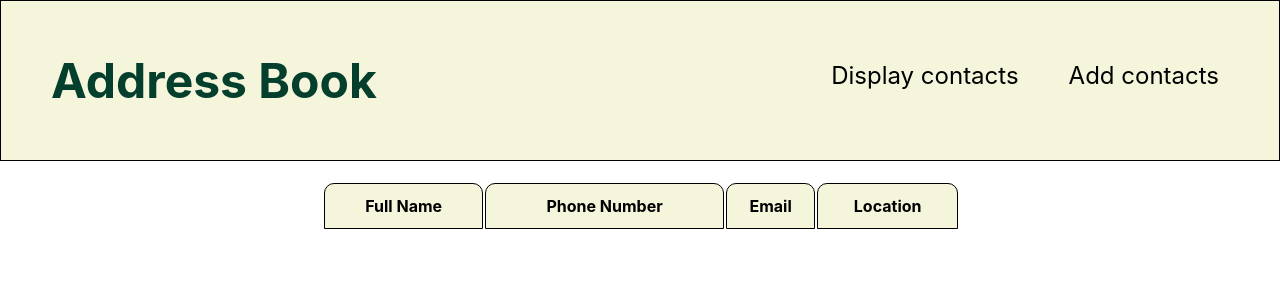
Repository: jatannoury/Address-Book
Page: /contact_page
The author's editor kept a copy of each file at every save. The page is drawn from the files as they stood at one save, then again after the next save.
The browser window is 1280 px wide. The pictures show the whole page.
The project was rebuilt for these pictures with package versions that can differ from the ones it lists, and the page was loaded fresh each time. Also part of the build but not shown: src/components/Email.js, src/components/Password.js, src/components/Login.js, src/components/Username.js, src/components/SignUp.js.

Above is the page before, as saved 2022-06-25 22:52:12.

### src/App.js
import "./App.css";
import { BrowserRouter, Routes, Route } from "react-router-dom";
import Login from "./components/Login";
import SignUp from "./components/SignUp";
import Contacts from "./components/Contacts";
import React, { Component } from "react";

function App() {
  return (
    <BrowserRouter>
      <Routes>
        <Route path="/" element={<Login />}></Route>
        <Route path="/register" element={<SignUp />}></Route>
        <Route path="/contact_page" element={<Contacts />}></Route>
      </Routes>
    </BrowserRouter>
  );
}

export default App;

### src/App.css
* {
  padding: 0;
  margin: 0;
  box-sizing: border-box;
}

.body_container {
  text-align: center;
}

.content_container {
  text-align: center;
  border: 2px solid white;
  width: 40%;
  color: white;
  margin-left: auto;
  margin-right: auto;
  margin-top: 5%;
  border-radius: 30px;
  background-color: #f5f5dc;
  box-shadow: 10px 10px #f1f1e1;
}
hr {
  width: 6%;
  margin-left: auto;
  margin-right: auto;
  margin-bottom: 6%;
}
.hr {
  width: 100%;
  margin-bottom: 50px;
}

.title {
  margin-top: 5%;
  margin-bottom: 1.5%;
  font-family: system-ui, -apple-system, BlinkMacSystemFont, "Segoe UI", Roboto,
    Oxygen, Ubuntu, Cantarell, "Open Sans", "Helvetica Neue", sans-serif;
  font-weight: 200;
  color: rgb(22, 118, 118);
  background-color: #f5f5dc;
}
form > div {
  margin-left: 30px;
  margin-bottom: 30px;
}
form > div > input {
  width: 70%;
}

form > input {
  background-color: #a8b59b;
  /* border-radius:10px; */
  padding-top: 2.5%;
  padding-bottom: 2.5%;
  width: 60%;
  padding-left: 2.5%;
  font-size: 100%;
  border: 1px solid #395174;
}

.submit {
  /* margin-bottom: 20%; */
  font-family: system-ui, -apple-system, BlinkMacSystemFont, "Segoe UI", Roboto,
    Oxygen, Ubuntu, Cantarell, "Open Sans", "Helvetica Neue", sans-serif;
  font-size: 150%;
  font-weight: 500;
  color: white;
}

.submit:hover {
  background-color: rgb(151, 171, 165);
  box-shadow: 5px px rgb(151, 171, 165);
}
form {
  background-color: #f5f5dc;
  border-radius: 10px;
}

.icon {
  border: 1px solid black;
  width: 10%;
  position: relative;
  left: 75px;
  color: grey;
}

.user,
.pass {
  display: flex;
  width: 100%;
}

input[type="text"],
[type="password"] {
  padding-left: 80px;
  font-size: 100%;
}
.signupLink {
  margin-bottom: 100px;
  margin-top: 10px;
}

.signupLink > a:hover {
  color: black;
}
.navbar {
  border: 1px solid black;
  display: flex;

  justify-content: space-between;
  padding: 50px 50px 50px 50px;
  background-color: #f5f5dc;
}
.sub_nav > a {
  text-decoration: none;
  color: black;
  /* border: 1px solid black; */
  font-size: 150%;
  padding-top: 50px;
  padding-bottom: 50px;
  padding-left: 10px;
  padding-right: 10px;
}
.sub_nav > a:hover {
  color: #043f2d;
  font-weight: 800;
}
.nav1 {
  display: flex;
  margin-top: 10px;
  gap: 30px;
}
.addressBook {
  font-size: 300%;
  color: #043f2d;
  font-weight: 700;
}
.header {
  display: flex;
}

.sub_header {
  font-size: 150%;
  margin-top: 20px;
  border: 1px solid #f5f5dc;
  background-color: #f5f5dc;
  border-radius: 10px 10px 0px 0px;
  padding: 10px 10px 10px 10px;
}
table {
  margin-top: 20px;
  text-align: center;
  margin-left: auto;
  margin-right: auto;
  width: 50%;
}
th {
  border: 1px solid black;
  border-radius: 10px 10px 0px 0px;
  background-color: #f5f5dc;
  padding-top: 12px;
  padding-bottom: 12px;
  text-align: center;
}
td {
  border: 1px solid black;
  border-radius: 5px;
  background-color: #f8f8f8;
  padding: 10px 0;
}
th:first-child {
  background-color: white;
  border: none;
}
.iconn {
  margin-top: 10px;
  font-size: 200%;
  color: #b3b3a8;
}
.del {
  border-radius: 10px;
  background-color: rgb(235, 64, 64);
  cursor: pointer;
}

### src/components/Contacts.js
import React from "react";
import Table from "./Table";
import Navbar from "./Navbar";
const Contacts = () => {
  return (
    <div>
      <Navbar />
      <Table />
    </div>
  );
};

export default Contacts;

### src/components/Table.js
import React from "react";
import { AiOutlineUser } from "react-icons/ai";
import { useState, useEffect } from "react";
import axios from "axios";
import jwt_decode from "jwt-decode";
import { type } from "@testing-library/user-event/dist/type";

const Table = () => {
  const [info, setInfo] = useState({});
  useEffect(() => {
    const test = async () => {
      try {
        const id = jwt_decode(localStorage.getItem("access_token"))._id;
        console.log(id);
        const res = await fetch(
          `http://localhost:3001/api/user/get_contacts/?id=${id}`,
          {
            method: "POST",
            headers: {
              "Content-type": "application/json",
            },
          }
        );
        const data = await res.json();

        setInfo(data);
      } catch (error) {
        console.log("error", error);
      }
    };
    test();
  }, []);
  info["result"]
    ? console.log("HOONEEE", info["result"]["contacts"])
    : console.log("WAIT");
  return (
    <table className="table">
      <thead>
        <tr>
          <th></th>
          <th>Full Name</th>
          <th>Phone Number</th>
          <th>Email</th>
          <th>Location</th>
        </tr>
      </thead>
      <tbody>
        {info["result"] &&
          info["result"]["contacts"].map((e) => (
            <tr>
              <AiOutlineUser className="iconn" />
              <td>{e.fullName}</td>
              <td>{e.phoneNb}</td>
              <td>{e.email}</td>
              <td>{[e.lat, "° , ", e.long, "°"]}</td>
              <th
                className="del"
                onClick={(e) => {
                  console.log("DEELEETE");
                }}
              >
                Delete
              </th>
            </tr>
          ))}
      </tbody>
    </table>
  );
};
export default Table;

### src/components/Navbar.js
import React from 'react'

const Navbar = () => {
  return (
    <nav className="navbar">
                <div className="addressBook">Address Book</div>
                <div className="nav1">
                  <div className="sub_nav">
                    <a href="#">Display contacts</a>
                  </div>
                  <div className="sub_nav">
                    <a href="#">Add contacts</a>
                  </div>
                </div>
    </nav>
  )
}

export default Navbar

Loaded but not shown: public/index.html (common file); src/index.js (common file); src/index.css (common file); src/reportWebVitals.js (common file)

After the next save:
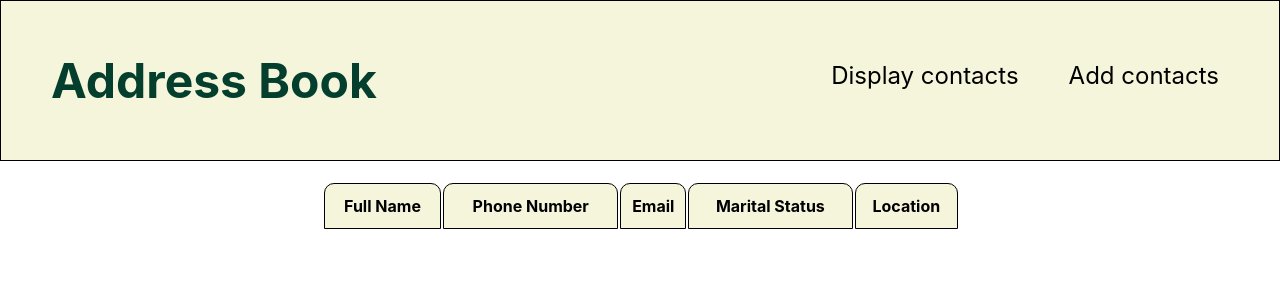
Saved 96 s later.
--- a/src/components/Table.js
+++ b/src/components/Table.js
@@ -41,6 +41,7 @@ const Table = () => {
           <th>Full Name</th>
           <th>Phone Number</th>
           <th>Email</th>
+          <th>Marital Status</th>
           <th>Location</th>
         </tr>
       </thead>
@@ -52,6 +53,7 @@ const Table = () => {
               <td>{e.fullName}</td>
               <td>{e.phoneNb}</td>
               <td>{e.email}</td>
+              <td>{e.rlsStatus}</td>
               <td>{[e.lat, "° , ", e.long, "°"]}</td>
               <th
                 className="del"
